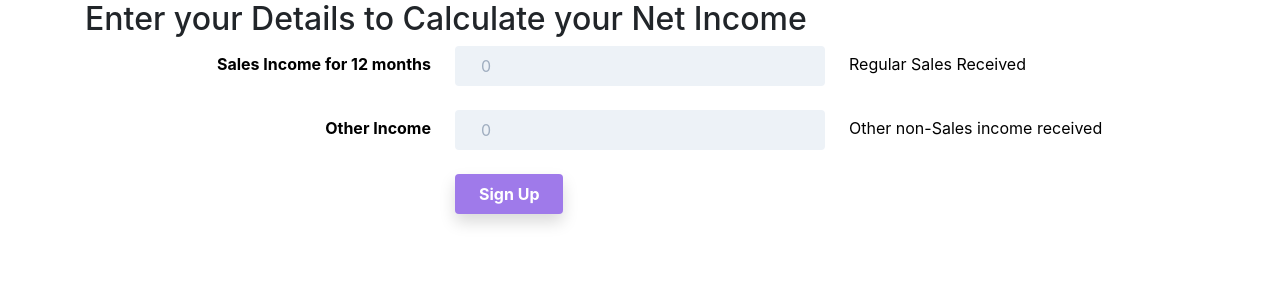
Repository: latenightsnacc/Financial-Forecast
Page: financial-forecast.html
The author's editor kept a copy of each file at every save. The page is drawn from the files as they stood at one save, then again after the next save.
The browser window is 1280 px wide. The pictures show the whole page.

Above is the page before, as saved 2020-11-15 11:41:21.

After the next save:
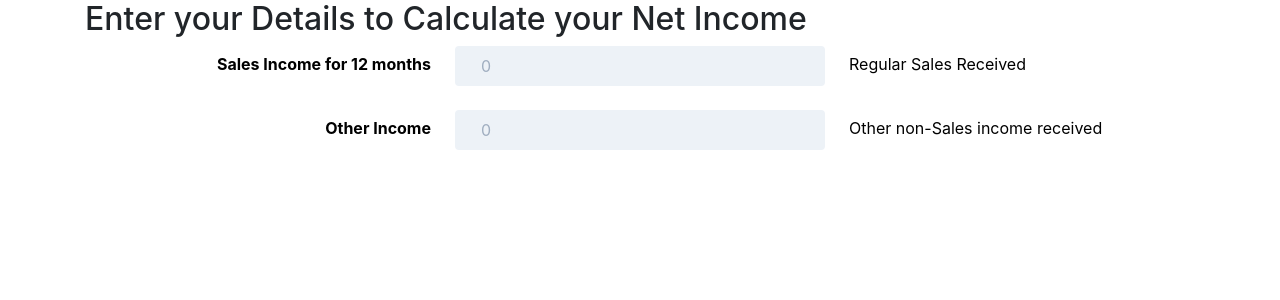
Saved 81 s later.
--- a/financial-forecast.html
+++ b/financial-forecast.html
@@ -21,7 +21,9 @@
             <h2 class="title">Enter your Details to Calculate your Net Income</h2>
         </div>
         <div class="container">
+            <!--FORM-->
             <form class="w-full max-w-none">
+            <!--NET INCOME-->
                 <!--Sales Income-->
                 <div class="md:flex md:items-center mb-6">
                   <div class="md:w-1/3">
@@ -54,15 +56,8 @@
                       </label>
                     </div>
                 </div>
+            <!--STARTUP COSTS-->
 
-                <div class="md:flex md:items-center">
-                  <div class="md:w-1/3"></div>
-                  <div class="md:w-2/3">
-                    <button class="shadow bg-purple-500 hover:bg-purple-400 focus:shadow-outline focus:outline-none text-white font-bold py-2 px-4 rounded" type="button">
-                      Sign Up
-                    </button>
-                  </div>
-                </div>
               </form>
         </div>
     </div>
